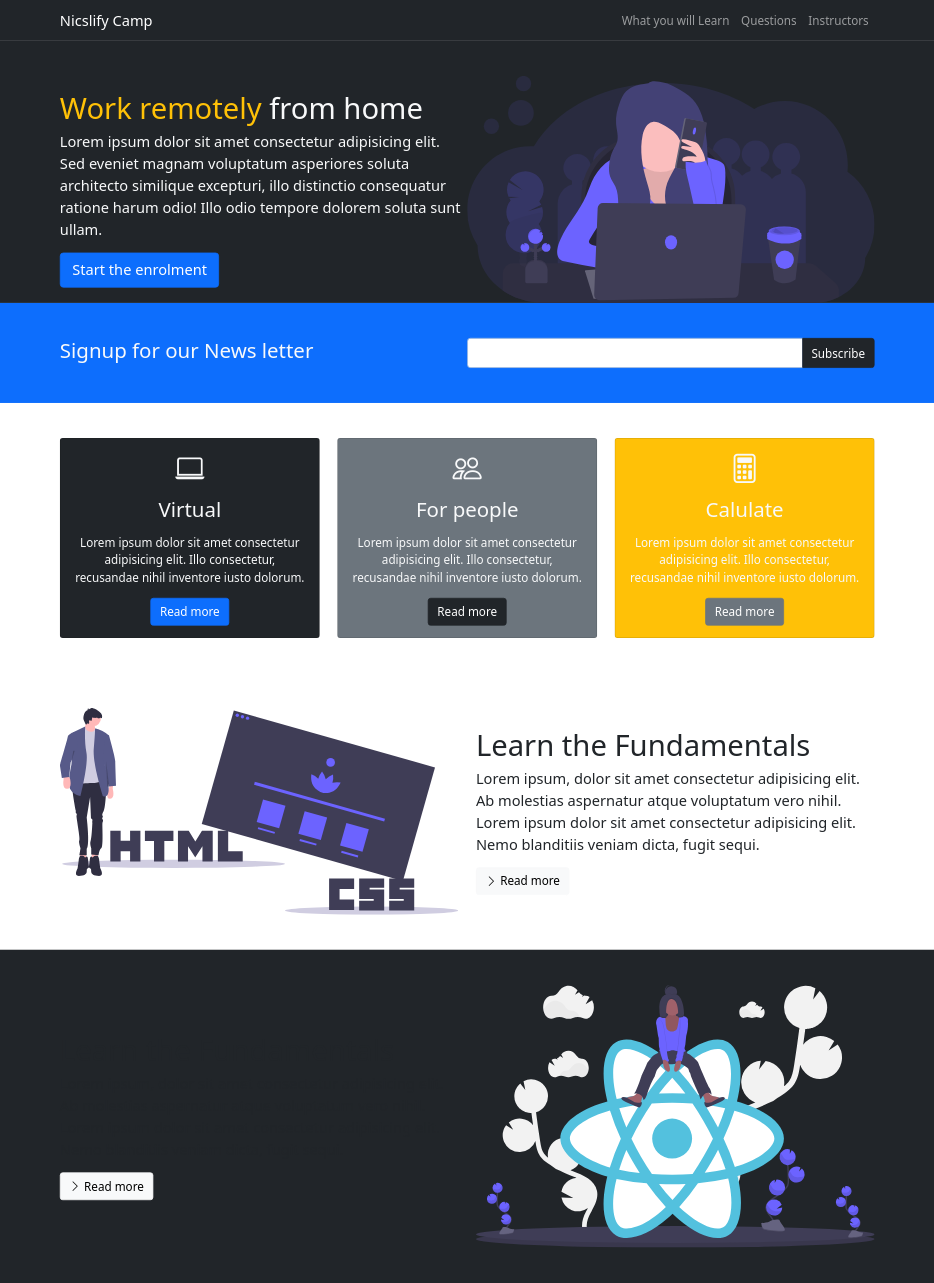
Repository: Eugene44-hub/enrollment-site
Page: index.html
An editor plug-in stored every save of this project. The page is shown before and after the next save, followed by the edit.
The browser window is 1280 px wide. The pictures show the whole page, at 73% of full size.
Some web libraries are served in a nearby version.

Above is the page before, as saved 2021-10-20 12:23:44.

After the next save:
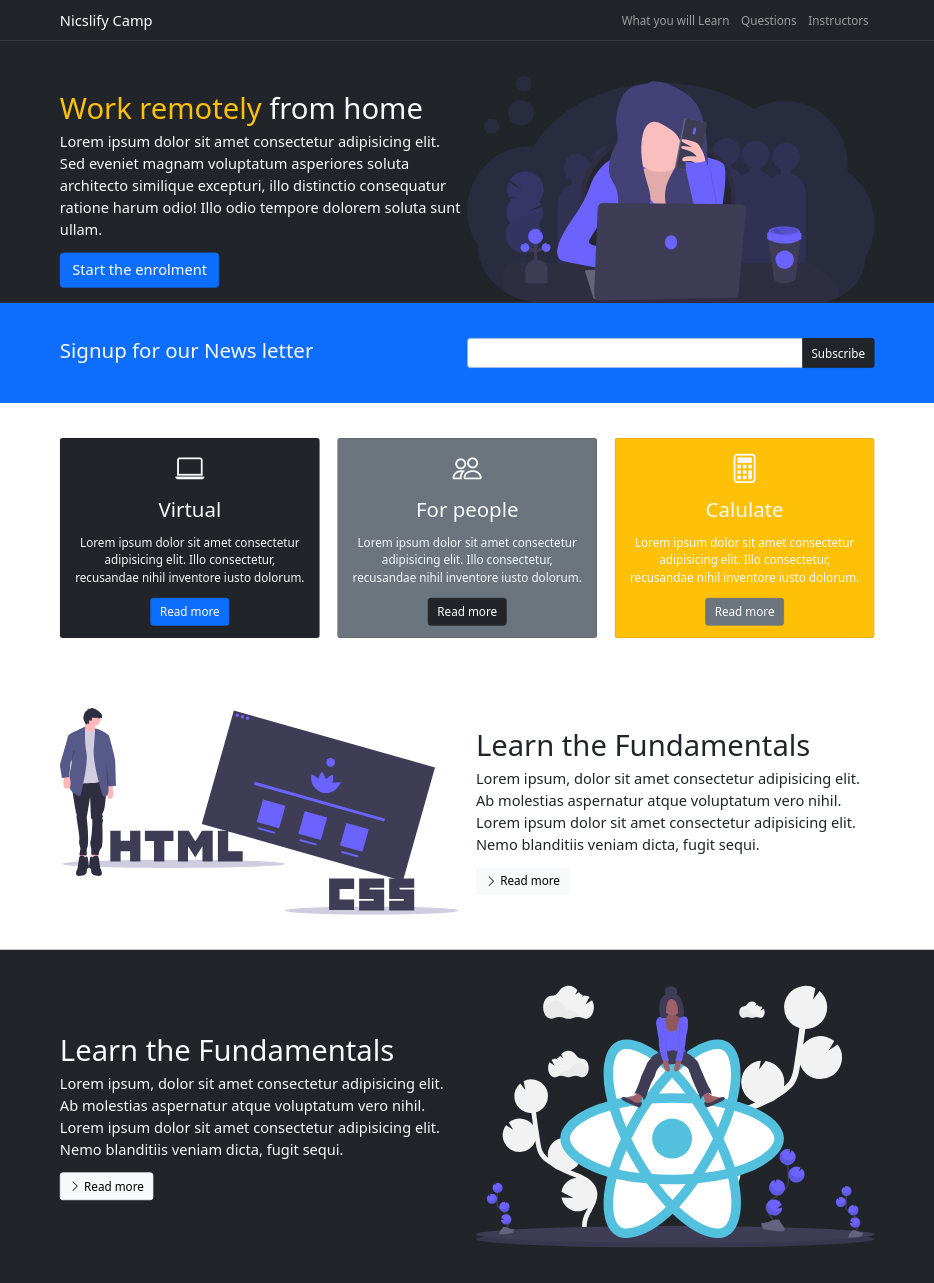
Saved 9 s later.
--- a/index.html
+++ b/index.html
@@ -138,7 +138,7 @@
         </div>
     </section>
 
-    <section class="p-5 bg-dark" id=learn>
+    <section class="p-5 bg-dark text-light" id=learn>
         <div class="container">
             <div class="row align-items-center">
 
